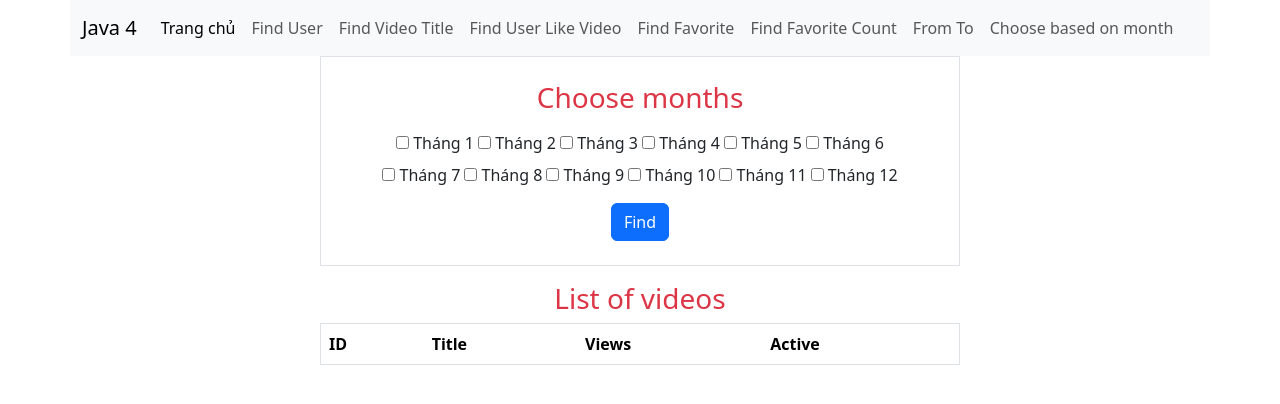
Repository: DanielNine9/java_servlet
Page: http://localhost/lab6/find/choose-month
These files come from the project's save history. The page is drawn as it stood at one moment and after the next save; the edit follows.
The browser window is 1280 px wide. The pictures show the whole page.
The page is served by Tomcat 9. Other server files are loaded and not shown.

Above is the page before, as saved 2024-07-17 09:44:12.

### lab6/src/main/webapp/lab6/chooseMonth.jsp
<%@ page language="java" contentType="text/html; charset=UTF-8"
	pageEncoding="UTF-8"%>

<%@ taglib uri="http://java.sun.com/jsp/jstl/core" prefix="c"%>
<!DOCTYPE html>
<html>
<head>
<meta charset="UTF-8">
<title>Insert title here</title>
<link
	href="https://cdn.jsdelivr.net/npm/bootstrap@5.3.3/dist/css/bootstrap.min.css"
	rel="stylesheet"
	integrity="sha384-QWTKZyjpPEjISv5WaRU9OFeRpok6YctnYmDr5pNlyT2bRjXh0JMhjY6hW+ALEwIH"
	crossorigin="anonymous">
</head>
<body>

	<%@include file="../layout/header.jsp"%>
	<form method="post" action="/lab6/find/from-to"
		class="w-50 mx-auto p-4 border">
		<h3 class="text-center text-danger">Choose months</h3>
		<div class="d-flex flex-column gap-2 py-2 justify-content-center align-items-center">
			<div class="d-flex gap-1">
				<div>
					<input name="months" type="checkbox" id="1"> <label for="1">Tháng
						1</label>
				</div>
				<div>
					<input name="months" type="checkbox" id="2"> <label for="2">Tháng
						2</label>
				</div>
				<div>
					<input name="months" type="checkbox" id="3"> <label for="3">Tháng
						3</label>
				</div>
				<div>
					<input name="months" type="checkbox" id="1"> <label for="4">Tháng
						4</label>
				</div>
				<div>
					<input name="months" type="checkbox" id="5"> <label for="5">Tháng
						5</label>
				</div>
				<div>
					<input name="months" type="checkbox" id="6"> <label for="6">Tháng
						6</label>
				</div>
			</div>
			<div class="d-flex gap-1">
				<div>
					<input name="months" type="checkbox" id="7"> <label for="7">Tháng
						7</label>
				</div>
				<div>
					<input name="months" type="checkbox" id="8"> <label for="8">Tháng
						8</label>
				</div>
				<div>
					<input name="months" type="checkbox" id="9"> <label for="9">Tháng
						9</label>
				</div>
				<div>
					<input name="months" type="checkbox" id="10"> <label for="10">Tháng
						10</label>
				</div>
				<div>
					<input name="months" type="checkbox" id="11"> <label for="11">Tháng
						11</label>
				</div>
				<div>
					<input name="months" type="checkbox" id="12"> <label for="12">Tháng
						12</label>
				</div>
			</div>
			<div></div>
		</div>
		<div class="d-flex justify-content-center">
			<button class="btn btn-primary">Find</button>

		</div>
	</form>
	<div class="mt-3 w-50 mx-auto">
		<c:if test="${not empty error}">
			<div class="alert alert-danger">${error}</div>
		</c:if>
		<c:if test="${not empty message}">
			<div class="alert alert-primary">${message}</div>
		</c:if>

	</div>
	<h3 class="text-danger text-center">List of videos</h3>
	<table class="w-50 mx-auto table table-striped table-hover" border="1">
		<thead>
			<th>ID</th>
			<th>Title</th>
			<th>Views</th>
			<th>Active</th>
		</thead>
		<tr>
			<c:forEach var="item" items="${videos}">
				<tr>
					<td>${item.id}</td>
					<td>${item.title}</td>
					<td>${item.views}</td>
					<td>${item.active}</td>
				</tr>
			</c:forEach>
		</tr>
	</table>

</body>
</html>

### lab6/src/main/webapp/layout/header.jsp
<%@ page language="java" contentType="text/html; charset=UTF-8"
	pageEncoding="UTF-8"%>

<%@ taglib uri="http://java.sun.com/jsp/jstl/core" prefix="c"%>


<c:url var="url" value="/find" />
<nav class="container navbar navbar-expand-lg bg-body-tertiary">
	<div class="container-fluid">
		<a class="navbar-brand" href="#">Java 4 ${url1}</a>
		<button class="navbar-toggler" type="button" data-bs-toggle="collapse"
			data-bs-target="#navbarSupportedContent"
			aria-controls="navbarSupportedContent" aria-expanded="false"
			aria-label="Toggle navigation">
			<span class="navbar-toggler-icon"></span>
		</button>
		<div class="collapse navbar-collapse" id="navbarSupportedContent">
			<ul class="navbar-nav me-auto mb-2 mb-lg-0">
				<li class="nav-item"><a class="nav-link active"
					aria-current="page" href="/lab6/index.jsp">Trang chủ</a></li>
				<li class="nav-item"><a class="nav-link" href="${url}/find-userID">Find User</a>
				<li class="nav-item"><a class="nav-link" href="${url}/find-videoTitle">Find Video Title</a>
				<li class="nav-item"><a class="nav-link" href="${url}/find-userLikeVideo">Find User Like Video</a>
				<li class="nav-item"><a class="nav-link" href="${url}/find-favorite">Find Favorite</a>
				<li class="nav-item"><a class="nav-link" href="${url}/favorite-count">Find Favorite Count</a>
				<li class="nav-item"><a class="nav-link" href="${url}/from-to">From To</a>
				<li class="nav-item"><a class="nav-link" href="${url}/choose-month">Choose based on month</a>
			</ul>

		</div>
	</div>
</nav>

### lab6/src/main/java/servlet/FindServlet.java
package servlet;

import java.io.IOException;
import java.text.SimpleDateFormat;
import java.util.ArrayList;
import java.util.Date;
import java.util.List;

import javax.servlet.ServletException;
import javax.servlet.annotation.WebServlet;
import javax.servlet.http.HttpServlet;
import javax.servlet.http.HttpServletRequest;
import javax.servlet.http.HttpServletResponse;

import bean.Favorite;
import bean.Report;
import bean.User2;
import bean.Video;
import dao.ReportDAO;
import dao.UserDAO;
import dao.VideoDAO;

@WebServlet({ "/find/find-userID", "/find/find-videoTitle", "/find/find-userLikeVideo", "/find/find-favorite",
		"/find/choose-month", "/find/from-to", "/find/favorite-count" })
public class FindServlet extends HttpServlet {
	@Override
	protected void service(HttpServletRequest req, HttpServletResponse resp) throws ServletException, IOException {
		String uri = req.getRequestURI();
		System.out.println("uri >>> " + uri);
		String method = req.getMethod();
		System.out.println("method >>> " + method);
		if ("post".equalsIgnoreCase(method)) {
			if (uri.contains("find-userID")) {
				this.findUserID(req, resp);
			} else if (uri.contains("find-videoTitle")) {
				this.findVideoTitle(req, resp);
			} else if (uri.contains("find-userLikeVideo")) {
				this.findUserLikeVideo(req, resp);
			} else if (uri.contains("find-favorite")) {
				this.findFavorite(req, resp);
			} else if (uri.contains("favorite-count")) {
				this.favoriteCount(req, resp);
			} else if (uri.contains("list-videos")) {
				this.listVideo(req, resp);
			} else if (uri.contains("from-to")) {
				this.fromTo(req, resp);
			}
		} else {
			req.setAttribute("user", null);
			req.setAttribute("favorites", new ArrayList<>());
			req.setAttribute("users", new ArrayList<>());
			req.setAttribute("reports", new ArrayList<>());
			if (uri.contains("find-userID")) {
				req.getRequestDispatcher("/lab6/find-userID.jsp").forward(req, resp);
			} else if (uri.contains("find-videoTitle")) {
				req.getRequestDispatcher("/lab6/findVideoTitle.jsp").forward(req, resp);
			} else if (uri.contains("find-userLikeVideo")) {
				req.getRequestDispatcher("/lab6/findUserLikeVideo.jsp").forward(req, resp);
			} else if (uri.contains("find-favorite")) {
				req.getRequestDispatcher("/lab6/findFavorite.jsp").forward(req, resp);
			} else if (uri.contains("favorite-count")) {
				this.favoriteCount(req, resp);
			} else if (uri.contains("from-to")) {
				req.getRequestDispatcher("/lab6/fromTo.jsp").forward(req, resp);
			} else if (uri.contains("choose-month")) {
				req.getRequestDispatcher("/lab6/chooseMonth.jsp").forward(req, resp);
			}

		}

	}

	private void findUserID(HttpServletRequest req, HttpServletResponse resp) throws ServletException, IOException {
		String methodString = req.getMethod();
		if (methodString.equalsIgnoreCase("post")) {
			try {
				String username = req.getParameter("username");
				UserDAO dao = new UserDAO();
				User2 user = dao.findByID(username);
				List<Favorite> favorites = new ArrayList<>();
				if (user != null) {

					favorites = user.getFavorites();

				}
				req.setAttribute("user", user);
				req.setAttribute("favorites", favorites);
			} catch (Exception e) {
				System.out.println(e);
			}
		}
		req.getRequestDispatcher("/lab6/find-userID.jsp").forward(req, resp);
	}

	private void findVideoTitle(HttpServletRequest req, HttpServletResponse resp) throws ServletException, IOException {
		String methodString = req.getMethod();
		if (methodString.equalsIgnoreCase("post")) {
			try {
				String keyword = req.getParameter("keyword");
				VideoDAO dao = new VideoDAO();
				List<Video> videos = dao.findByTitle(keyword);
				req.setAttribute("videos", videos);
			} catch (Exception e) {
				System.out.println(e);
			}
		}
		req.getRequestDispatcher("/lab6/findVideoTitle.jsp").forward(req, resp);
	}

	private void findUserLikeVideo(HttpServletRequest req, HttpServletResponse resp)
			throws ServletException, IOException {
		String methodString = req.getMethod();
		if (methodString.equalsIgnoreCase("post")) {
			try {
				String videoId = req.getParameter("videoId");
				UserDAO dao = new UserDAO();
				List<User2> users = dao.findUserLikeVideo(videoId);
				req.setAttribute("users", users);
			} catch (Exception e) {
				System.out.println(e);
				e.printStackTrace();
			}
		}
		req.getRequestDispatcher("/lab6/findUserLikeVideo.jsp").forward(req, resp);
	}

	private void findFavorite(HttpServletRequest req, HttpServletResponse resp) throws ServletException, IOException {
		String methodString = req.getMethod();
		if (methodString.equalsIgnoreCase("post")) {
			try {
				Boolean favorite = Boolean.parseBoolean(req.getParameter("favorite"));
				VideoDAO dao = new VideoDAO();
				List<Video> list = dao.findFavorite(favorite);
				req.setAttribute("videos", list);
			} catch (Exception e) {
				System.out.println(e);
			}
		}
		req.getRequestDispatcher("/lab6/findFavorite.jsp").forward(req, resp);
	}

	private void listVideo(HttpServletRequest req, HttpServletResponse resp) throws ServletException, IOException {
		String methodString = req.getMethod();
		if (methodString.equalsIgnoreCase("post")) {
			try {
				Boolean favorite = Boolean.parseBoolean(req.getParameter("favorite"));
				VideoDAO dao = new VideoDAO();
				List<Video> list = dao.findFavorite(favorite);
				req.setAttribute("videos", list);
			} catch (Exception e) {
				System.out.println(e);
			}
		}
		req.getRequestDispatcher("/lab6/findFavorite.jsp").forward(req, resp);
	}

	private void favoriteCount(HttpServletRequest req, HttpServletResponse resp) throws ServletException, IOException {
		String methodString = req.getMethod();
		if (methodString.equalsIgnoreCase("get")) {
			try {
				ReportDAO dao = new ReportDAO();
				List<Report> reports = dao.report();
				req.setAttribute("reports", reports);
			} catch (Exception e) {
				System.out.println(e);
			}
		}
		req.getRequestDispatcher("/lab6/favoriteCount.jsp").forward(req, resp);
	}

	private void fromTo(HttpServletRequest req, HttpServletResponse resp) throws ServletException, IOException {
		String methodString = req.getMethod();
		String from = req.getParameter("from");
		String to = req.getParameter("to");
		System.out.println(from);
		System.out.println(to);
		if (from.isBlank() || to.isBlank()) {
			req.setAttribute("error", "Please, Fill all field");
		} else if (methodString.equalsIgnoreCase("post")) {
			req.setAttribute("message", "From: " + from + "\nTo: " + to);
			try {
				VideoDAO dao = new VideoDAO();
				SimpleDateFormat dateFormat = new SimpleDateFormat("yyyy-MM-dd"); // Adjust format as per your
																					// requirement
				Date fromDate = dateFormat.parse(from);
				Date toDate = dateFormat.parse(to);

				List<Video> videos = dao.findInRange(fromDate, toDate);
				req.setAttribute("videos", videos);
			} catch (Exception e) {
				System.out.println(e);
			}
		}
		System.out.println("xuong day");
		req.getRequestDispatcher("/lab6/fromTo.jsp").forward(req, resp);
	}
}

After the next save:
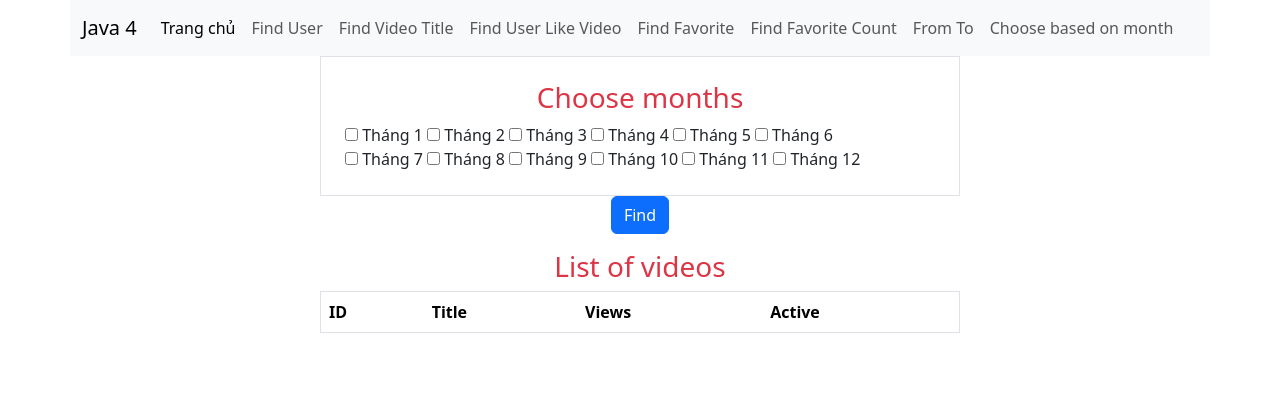
Saved 7 min 54 s later.
--- a/lab6/src/main/webapp/lab6/chooseMonth.jsp
+++ b/lab6/src/main/webapp/lab6/chooseMonth.jsp
@@ -19,7 +19,7 @@
 	<form method="post" action="/lab6/find/from-to"
 		class="w-50 mx-auto p-4 border">
 		<h3 class="text-center text-danger">Choose months</h3>
-		<div class="d-flex flex-column gap-2 py-2 justify-content-center align-items-center">
+		<form class="d-flex flex-column gap-2 py-2 justify-content-center align-items-center">
 			<div class="d-flex gap-1">
 				<div>
 					<input name="months" type="checkbox" id="1"> <label for="1">Tháng
@@ -73,7 +73,7 @@
 				</div>
 			</div>
 			<div></div>
-		</div>
+		</form>
 		<div class="d-flex justify-content-center">
 			<button class="btn btn-primary">Find</button>
 
